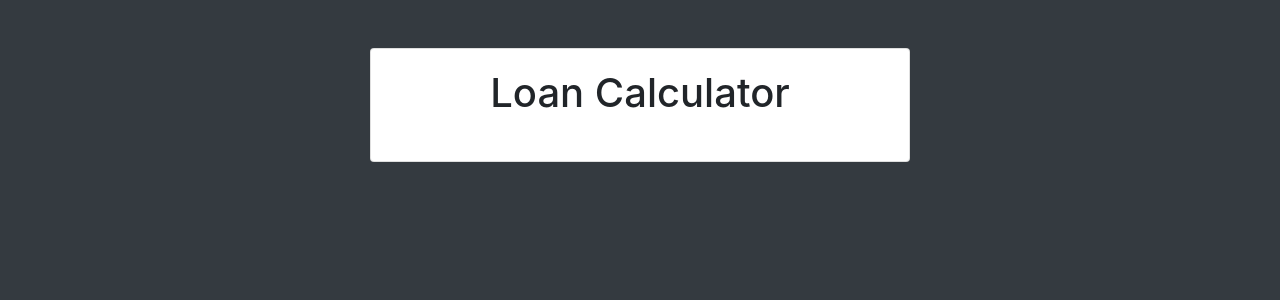
Repository: varun-project/LearningJs
Page: index.html
The author's editor kept a copy of each file at every save. The page is drawn from the files as they stood at one save, then again after a run of saves.
The browser window is 1280 px wide. The pictures show the whole page.

Above is the page before, as saved 2019-07-28 16:32:12.

After the next 2 saves:
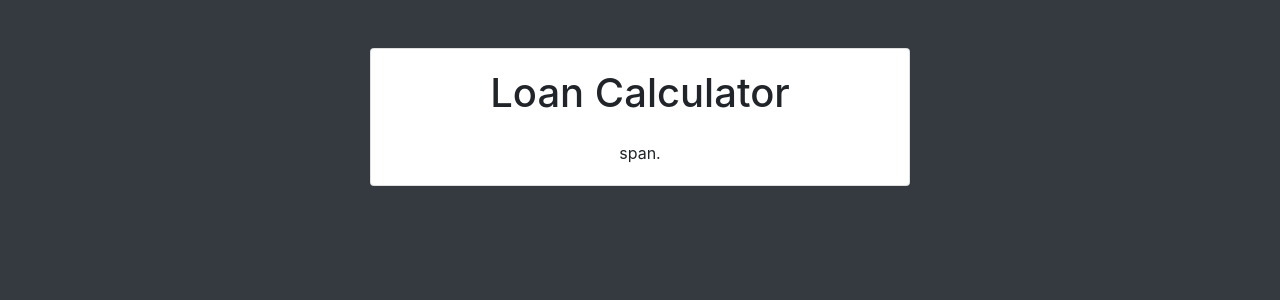
The 2 saves are shown as one change because they came seconds apart.
The last was saved 10 s later.
--- a/index.html
+++ b/index.html
@@ -22,7 +22,7 @@
 <div class="form_group">
   <div class="inputgroup">
 
-
+    span.
   </div>
 </div>
 
